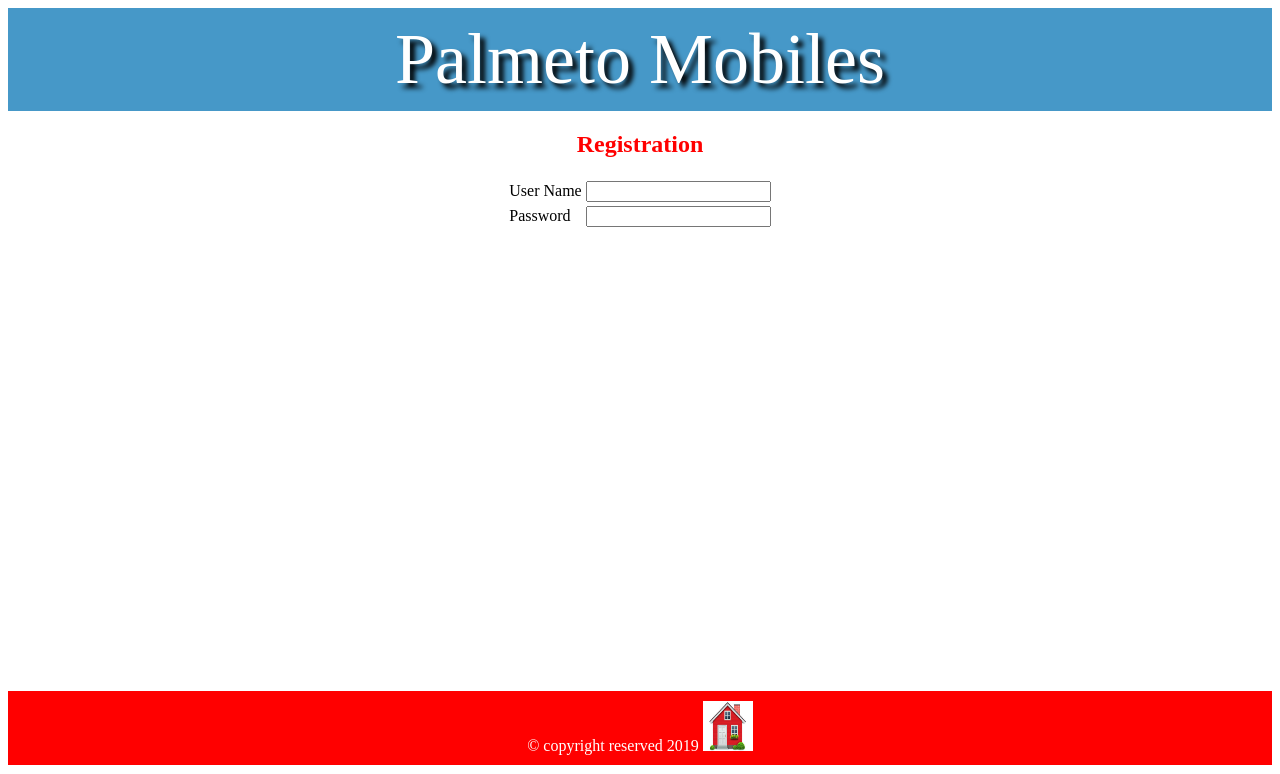
Repository: abhishekj720/HSBCLearn
Page: html/HtmlCssDemo/WebContent/registration.html
These files come from the project's save history. The page is drawn as it stood at one moment and after the next save; the edit follows.
The browser window is 1280 px wide. The pictures show the whole page.

Above is the page before, as saved 2019-07-29 09:57:02.

### html/HtmlCssDemo/WebContent/registration.html
<!DOCTYPE html>
<html>
<head>
<meta charset="UTF-8" keywords="palmeto, corporate training">
<title>Palmeto - Registration</title>
<link href="hsbc.css" rel=stylesheet>
<link href="images/logo.png" rel="icon">

</head>
<body>
	<header>
		Palmeto Mobiles
	</header>
	<article>
		<h2>Registration</h2>
		<form>
			<table style="margin:0px auto;">
				<tr>
					<td>User Name</td>
					<td><input type="text" name="uname" /></td>
				</tr>
				<tr>
					<td>Password</td>
					<td><input type="password" name="pwd" /></td>
				</tr>
			</table>
		</form>
	</article>
	<footer>
	&copy; copyright reserved 2019
	<a href="home.html"><img src = "images/home.jpg"/>

	</footer>
</body>
</html>

### html/HtmlCssDemo/WebContent/hsbc.css
@charset "UTF-8";
header,footer{
	text-align:center;
}
header{
	background-color:#4698c8;
	color: white;
	text-shadow:5px 5px 5px black;
	font-family:cursive;
	padding:10px;
	font-size:72px;
}
footer{
	background-color:red;
	padding:10px;
	color:white;
	margin-top:10px;
}
footer img{
	height:50px;
	width:50px;
}
article{
	min-height:550px;
}

article h2{
	text-align:center;
	color: red;

}

### html/HtmlCssDemo/WebContent/Catalog.css
@charset "UTF-8";
table{
	margin:0px auto;/*centering the block element*/
	border-collapse:collapse;/*cell spacing=0*/
}
table img{
	height:75px;
	width:100px;
}
th,td{
	padding:10px;
}
footer{
	background-color:red;
	padding:10px;
	color:white;
	margin-top:10px;
}
thead tr{
	background-color:#4698c8;
	color:white;
}
tbody tr:nth-child(odd){
	background-color:wheat;
}
thead tr:hover ,tfoot tr:hover , tbody tr:hover{
	background-color:orange;
}
tfoot tr{
	background-color:gray;
	color:white;
}

### html/HtmlCssDemo/WebContent/Gallery.css
@charset "UTF-8";
#gallery{
	display:flex;
	width:90%;
	margin:0px auto;
	flex-wrap:wrap;
}
#gallery img{
	width:200px;
	height:200px;

}
#gallery div{
	border:1px solid black;
	background-color:wheat;
	margin:10px;
	padding:10px;
	border-radius:5px;
	box-shadow:5px 5px 5px black;
}

.price{
	color:gray;
	text-decoration:line-through;
}
.brand{
	font-weight:bold;
	color:#4698c8;
}
#gallery ul{
	list-style:none;
}

Loaded but not shown: html/HtmlCssDemo/WebContent/frm.css (common file)

After the next save:
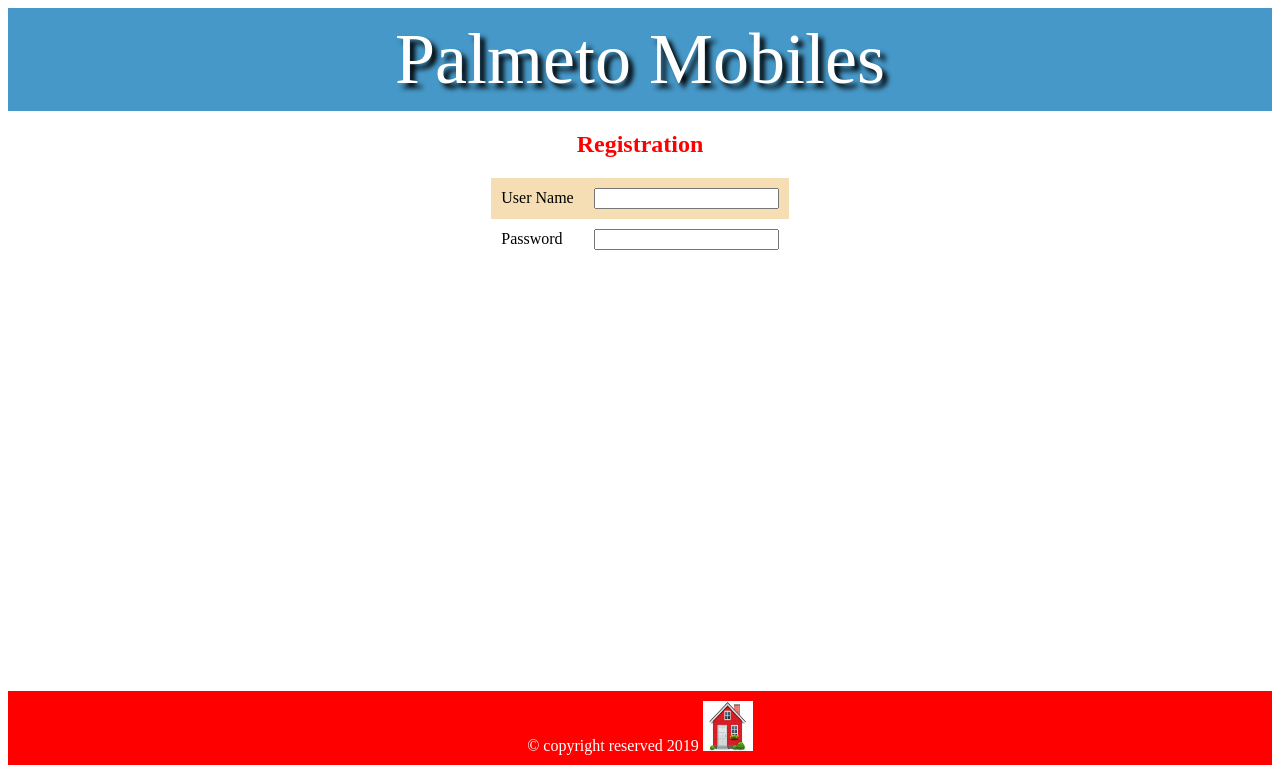
Saved 36 s later.
--- a/html/HtmlCssDemo/WebContent/registration.html
+++ b/html/HtmlCssDemo/WebContent/registration.html
@@ -4,6 +4,9 @@
 <meta charset="UTF-8" keywords="palmeto, corporate training">
 <title>Palmeto - Registration</title>
 <link href="hsbc.css" rel=stylesheet>
+<link href="Catalog.css" rel=stylesheet>
+<link href="Gallery.css" rel=stylesheet>
+<link href="frm.css" rel=stylesheet>
 <link href="images/logo.png" rel="icon">
 
 </head>
@@ -14,7 +17,7 @@
 	<article>
 		<h2>Registration</h2>
 		<form>
-			<table style="margin:0px auto;">
+			<table id="frm">
 				<tr>
 					<td>User Name</td>
 					<td><input type="text" name="uname" /></td>
